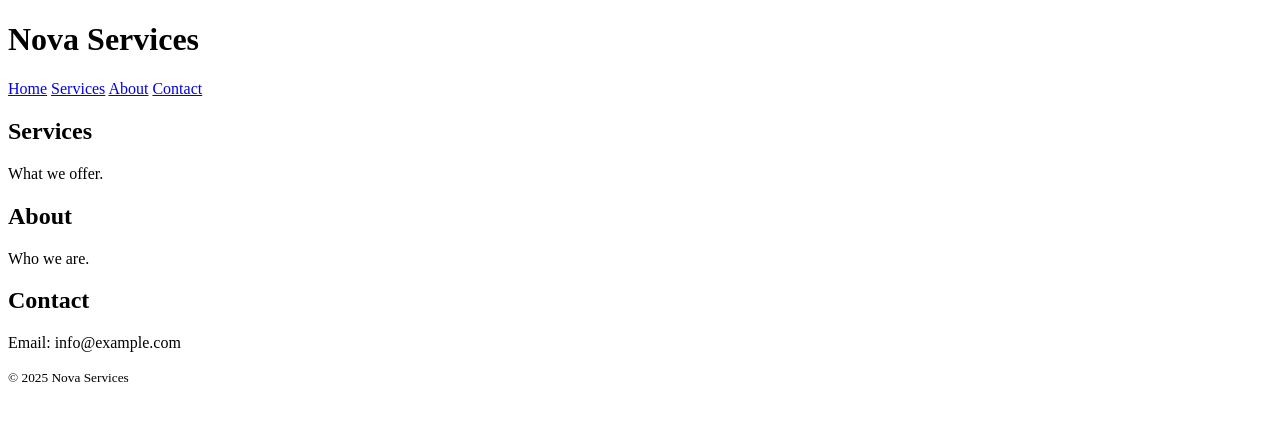
Repository: bbazimya/Nova-services
Page: index.html
An editor plug-in stored every save of this project. The page is shown before and after the next save, followed by the edit.
The browser window is 1280 px wide. The pictures show the whole page.

Above is the page before, as saved 2025-09-10 12:18:02.

After the next save:
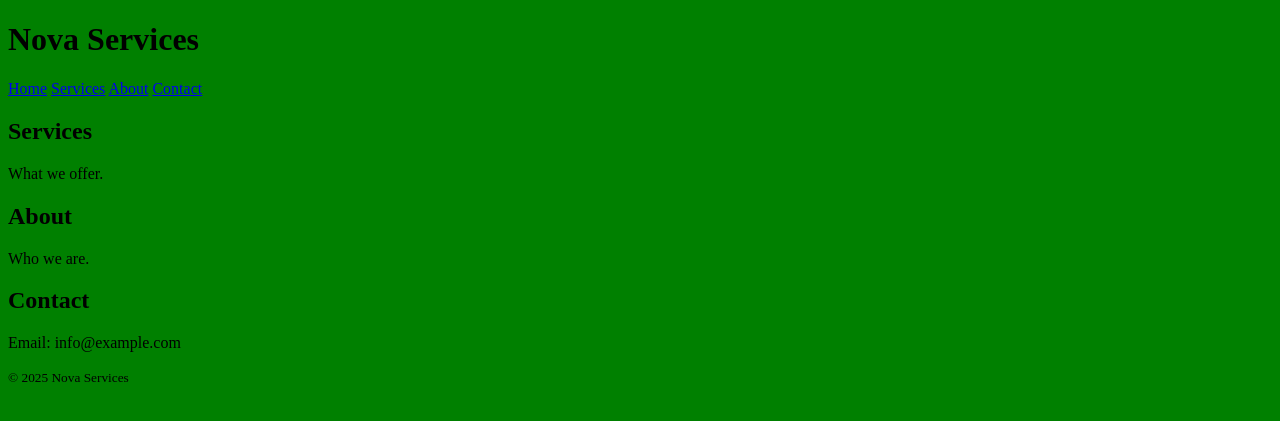
Saved 5 s later.
--- a/index.html
+++ b/index.html
@@ -5,7 +5,7 @@
   <meta name="viewport" content="width=device-width, initial-scale=1">
   <title><h1><centre>Nova Services<centre></h1></title>
 </head>
-<body bgcolor="">
+<body bgcolor="green">
   <header>
     <h1>Nova Services</h1>
     <nav>
